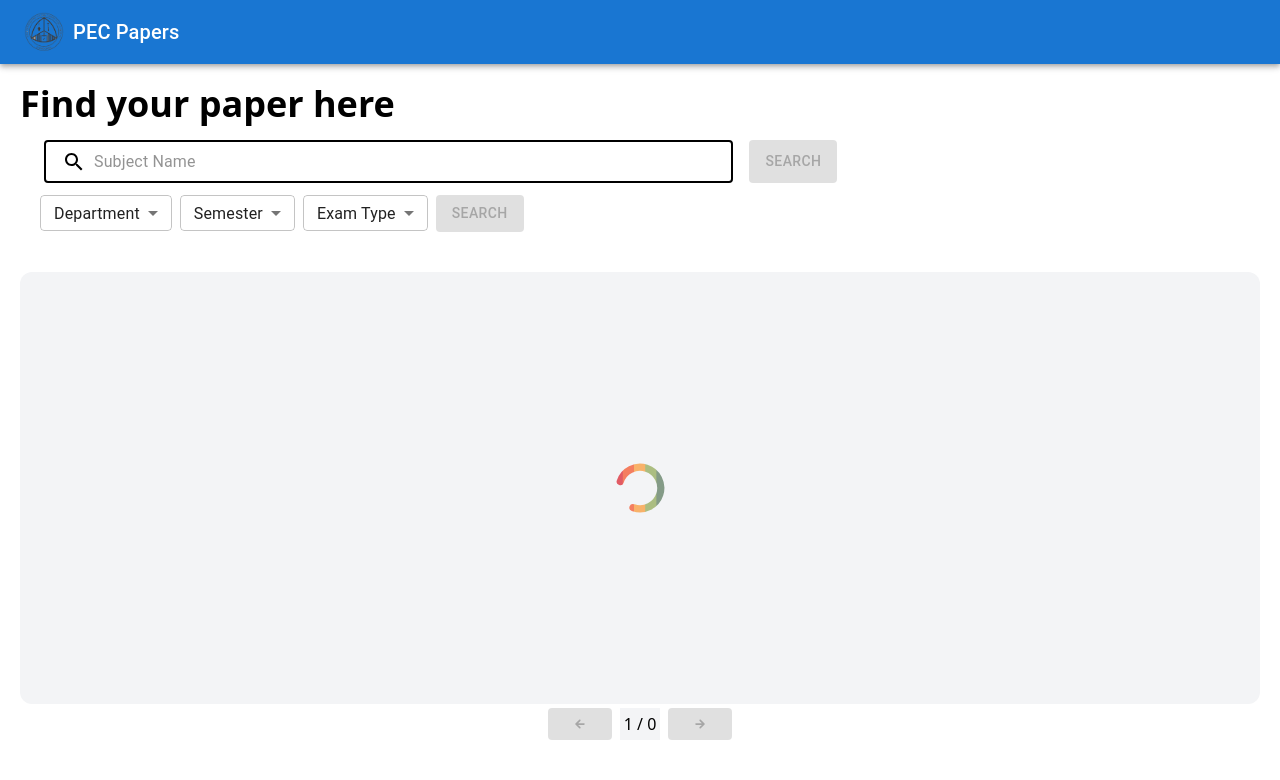
Repository: SUGAM-ARORA/pecpapers
Page: /browse (app in frontend/)
The author's editor kept a copy of each file at every save. The page is drawn from the files as they stood at one save, then again after the next save.
The browser window is 1280 px wide. The pictures show the whole page.
The page's requests for data from a server got no answer. The project was rebuilt for these pictures with package versions that can differ from the ones it lists, and the page was loaded fresh each time. Some packages were replaced by stand-ins written for this rebuild. No one was signed in, and anything a server would have sent is missing. Also part of the build but not shown: frontend/vite.config.js, frontend/src/Components/AnimatedText.jsx, frontend/src/Components/Hero.jsx, frontend/src/Components/Footer.jsx, frontend/src/Components/Login.jsx, frontend/src/Components/PaperDisplay.jsx, frontend/src/Components/ProtectedRoute.jsx.

Above is the page before, as saved 2025-07-17 19:44:18.

### frontend/index.html
<!doctype html>
<html lang="en">
  <head>
    <meta charset="UTF-8" />
    <link rel="icon" type="image/svg+xml" href="/index.png" />
    <link rel="preconnect" href="https://fonts.googleapis.com" />
    <link rel="preconnect" href="https://fonts.gstatic.com" crossorigin />
    <link
      href="https://fonts.googleapis.com/css2?family=IBM+Plex+Serif:ital,wght@0,100;0,200;0,300;0,400;0,500;0,600;0,700;1,100;1,200;1,300;1,400;1,500;1,600;1,700&display=swap"
      rel="stylesheet"
    />
    <meta name="viewport" content="width=device-width, initial-scale=1.0" />
    <title>Pec Papers</title>

    <meta name="description" content="Download and Upload PEC previous year papers for all departments. Filter by subject, semester, and exam type. Get easy access to Punjab Engineering College exam archives.">
    <meta property="og:url" content="https://pecpapers-ufo6.vercel.app/">
    <meta property="og:title" content="Punjab Engineering College(PEC) Exam Papers Archive" />

    <meta name="google-adsense-account" content="ca-pub-1903859543209030">
  </head>
  <!-- Google tag (gtag.js) -->
  <script
    async
    src="https://www.googletagmanager.com/gtag/js?id=G-3FZX3TV10G"
  ></script>
  <script>
    window.dataLayer = window.dataLayer || [];
    function gtag() {
      dataLayer.push(arguments);
    }
    gtag("js", new Date());

    gtag("config", "G-3FZX3TV10G");
  </script>
  <body>
    <div id="root"></div>
    <script type="module" src="/src/main.jsx"></script>
  </body>
</html>

### frontend/src/main.jsx
import { StrictMode } from 'react'
import { createRoot } from 'react-dom/client'
import './index.css'
import App from './App.jsx'
import {createBrowserRouter, Navigate, RouterProvider, useNavigate} from 'react-router-dom'
import Login from './Components/Login.jsx'
import { ClerkProvider } from '@clerk/clerk-react'
import Browse from './Pages/Browse.jsx'
import Hero from './Components/Hero.jsx'
import { AppProvider } from './context/AppContext.jsx'
import ProtectedRoute from './Components/ProtectedRoute.jsx'

const router = createBrowserRouter([
  {
    path : '/',
    element : <App/>,
    children: [{
      path : '/browse',
      element: <Browse/>
    },
    {
      // path : '/',
      index:true,
      element : <Hero/>
    }
  ]
  },
  {
    path: '/login',
    element : <Login/>
  },
  {
    path: '/sso-callback',
    element: <Navigate to="/" replace />
  }
])

const PUBLISHABLE_KEY = import.meta.env.VITE_CLERK_PUBLISHABLE_KEY

if (!PUBLISHABLE_KEY) {
  throw new Error('Missing Publishable Key')
}

createRoot(document.getElementById('root')).render(
  <StrictMode>
    <AppProvider>
    <ClerkProvider publishableKey={PUBLISHABLE_KEY} frontendApt="https://sweeping-bobcat-34.clerk.accounts.dev" >
    <RouterProvider router={router}/>
    </ClerkProvider>
    </AppProvider>
  </StrictMode>,
)

### frontend/src/App.jsx
import React, { useEffect } from 'react'
import Navbar from './Components/Navbar'
import Hero from './Components/Hero'
import FormDialog from './Components/FormDialog';
import { Outlet, useNavigate } from 'react-router-dom';
import { useUser } from '@clerk/clerk-react';
import Footer from './Components/Footer';

const App = () => {

  // const {user,isLoaded,isSignedIn} = useUser()
  // const navigate = useNavigate();
  // console.log(user)

  // useEffect(()=>{
  //   if(isLoaded && !isSignedIn){
  //     navigate('/login')
  //   }
  // },[isLoaded,isSignedIn])

  return (

    <div className='flex flex-col'>
      <div>
        <Navbar />
      </div>
      <Outlet />
      <div className='flex flex-col items-center mt-5'>
        <FormDialog />
      </div>
      <div>
        {/* <Footer/> */}
      </div>
    </div>
  )
}

export default App

### frontend/src/Pages/Browse.jsx
import React, { useEffect, useState } from 'react'
import SearchIcon from '@mui/icons-material/Search';
import { styled, alpha } from '@mui/material/styles';
import InputBase from '@mui/material/InputBase';
import { Button, FormControl, Select, MenuItem } from '@mui/material';
import { departments, examType } from '../utils/constants';
import axios from 'axios';
import PaperDisplay from '../Components/PaperDisplay';
import { useUser } from '@clerk/clerk-react';
import { ColorRing } from 'react-loader-spinner'
import { IoMdArrowRoundBack } from "react-icons/io";
import { IoMdArrowRoundForward } from "react-icons/io";


const Search = styled('div')(({ theme }) => ({
  position: 'relative',
  borderRadius: theme.shape.borderRadius,
  backgroundColor: alpha(theme.palette.common.white, 0.15),
  '&:hover': {
    backgroundColor: alpha(theme.palette.common.white, 0.25),
  },
  marginRight: theme.spacing(2),
  marginLeft: 0,
  width: '100%',
  [theme.breakpoints.up('sm')]: {
    marginLeft: theme.spacing(3),
    width: 'auto',
  },
  border: 5,
  borderColor: 'black'
}));

const SearchIconWrapper = styled('div')(({ theme }) => ({
  padding: theme.spacing(0, 2),
  height: '100%',
  position: 'absolute',
  pointerEvents: 'none',
  display: 'flex',
  alignItems: 'center',
  justifyContent: 'center',
  border: 5,
  borderColor: 'black'
}));

const StyledInputBase = styled(InputBase)(({ theme }) => ({
  color: 'inherit',
  '& .MuiInputBase-input': {
    padding: theme.spacing(1, 1, 1, 0),
    // vertical padding + font size from searchIcon
    paddingLeft: `calc(1em + ${theme.spacing(4)})`,
    transition: theme.transitions.create('width'),
    width: '100%',
    [theme.breakpoints.up('md')]: {
      width: '70ch',
    },
    border: 5,
    borderColor: 'black'
  },
}));

const Browse = () => {

  const { isSignedIn } = useUser()
  const [loading, setLoading] = useState(false)

  const [searchValue, setSearchValue] = useState('');
  const semesters = [1, 2, 3, 4, 5, 6, 7, 8]
  const [department, setDepartment] = React.useState('')
  const [exam, setExam] = React.useState('')
  const [sem, setSem] = React.useState('')

  const [papersToDisplay, setPapersToDisplay] = useState(null);
  const [papersFetched, setPapersFetched] = useState(null);

  const [totalPapers, setTotalPapers] = useState(null)
  const [skip,setskip] = useState(0);

  const BACKEND_URL = import.meta.env.VITE_BACKEND_URL

  // const getAllPapers = async () => {
  //   setLoading(true)
  //   const response = await axios.get(`${BACKEND_URL}/getallpapers/`)
  //   setPapersFetched(response.data);
  //   // console.log(response.data)
  //   setLoading(false)
  //   return { data: response.data }
  // }

  const getConnectionStatus = async () => {
    setLoading(true)
    const response = await axios.get(`${BACKEND_URL}/healthz/`)
    setLoading(false)
    console.log(response.data)
    return response.data;
  }

  const handleNext = async ()=>{
    const newskip = skip+10
    setskip(newskip)
    await getFilteredPapers()
  }

  const getFilteredPapers = async () => {
    try {
      setLoading(true)

      const response = await axios.get(`${BACKEND_URL}/papersOnFilterOrSearch?subjectName=${searchValue}&semester=${sem}&department=${department}&examType=${exam}&skip=${skip}`)

      setPapersFetched(response.data.data)
      setPapersToDisplay(response.data.data)
      setTotalPapers(response.data.total)

      setLoading(false)
    } catch (error) {
      setLoading(false)
      console.log(error)
    }
  }

  useEffect(() => {

    try {
      // if(isSignedIn){
      //   getAllPapers()
      // }
      // getAllPapers()
      getConnectionStatus()
    } catch (error) {
      console.log(error)
    }
  }, [BACKEND_URL, isSignedIn])

  // const handleSearch = async () => {
  //   if (!papersFetched) {
  //     //api calling


  //   } else {
  //     // actions on papersfetched
  //     setLoading(true)
  //     const filter = papersFetched.filter(paper =>
  //       paper.subjectName.toLowerCase().includes(searchValue.toLowerCase()) ||
  //       paper.department.toLowerCase().includes(searchValue.toLowerCase()) ||
  //       paper.examType.toLowerCase().includes(searchValue.toLowerCase()) ||
  //       paper.semester.toLowerCase().includes(searchValue.toLowerCase())
  //     )
  //     setPapersToDisplay(filter)
  //     setLoading(false)
  //     // console.log(filter)
  //     return;
  //   }

  // }

  // const handleFilter = async () => {
  //   if (!papersFetched) {
  //     //api calling
  //   } else {
  //     // actions on papers fetched

  //     setLoading(true)
  //     const filter = papersFetched.filter(paper =>
  //       paper.department.toLowerCase().includes(department.toLowerCase()) &&
  //       paper.examType.toLowerCase().includes(exam.toLowerCase()) &&
  //       paper.semester.includes(sem)
  //     )
  //     setPapersToDisplay(filter)
  //     setLoading(false)
  //     // console.log(filter)
  //     return
  //   }
  // }

  return (
    <div className='flex flex-col m-5'>
      <span className='text-4xl font-semibold'>Find your paper here</span>

      <div id='search' className='flex flex-row mt-4 '>
        <Search sx={{
          border: 2,
          borderColor: 'black',
        }}
        >
          <SearchIconWrapper>
            <SearchIcon />
          </SearchIconWrapper>
          <StyledInputBase
            placeholder="Subject Name"
            inputProps={{ 'aria-label': 'search' }}
            value={searchValue}
            onChange={(e) => setSearchValue(e.target.value)}
          />
        </Search>
        <Button variant='contained' onClick={getFilteredPapers} disabled={loading}>Search</Button>
      </div>

      <form id='filters' className=' mt-3 flex flex-row gap-2 ml-5' onSubmit={getFilteredPapers}>
        <FormControl>
          <Select
            labelId="department"
            aria-placeholder='Department'
            id="department"
            value={department}
            onChange={(e) => setDepartment(e.target.value)}
            sx={{
              width: 'vh',
              height: '5vh',
              overflow: 'scroll'
            }}
            placeholder='Department'
            displayEmpty
          >
            <MenuItem value="" disabled>
              Department
            </MenuItem>
            {departments.map((department) => <MenuItem value={department.dept}>{department.dept}</MenuItem>)}
          </Select>
        </FormControl>

        <FormControl>
          <Select
            labelId="semester"
            aria-placeholder='Semester'
            id="semester"
            value={sem}
            onChange={(e) => setSem(e.target.value)}
            sx={{
              width: 'vh',
              height: '5vh',
              overflow: 'scroll'
            }}
            placeholder='Semester'
            displayEmpty
          >
            <MenuItem value="" disabled>
              Semester
            </MenuItem>
            {semesters.map((semester) => <MenuItem value={semester}>{semester}</MenuItem>)}
          </Select>

        </FormControl>

        <FormControl>
          <Select
            labelId="examType"
            aria-placeholder='Exam-Type'
            id="examType"
            value={exam}
            onChange={(e) => setExam(e.target.value)}
            sx={{
              width: 'vh',
              height: '5vh',
              overflow: 'scroll'
            }}
            placeholder='Exam Type'
            displayEmpty
          >
            <MenuItem value="" disabled>
              Exam Type
            </MenuItem>
            {examType.map((exam, index) => <MenuItem value={exam.type} key={index}>{exam.type}</MenuItem>)}
          </Select>
        </FormControl>

        <Button variant='contained' onClick={getFilteredPapers} disabled={loading}>Search</Button>
      </form>


      <div className='mt-10 rounded-xl p-2 bg-gray-100 h-[60vh] overflow-scroll'>
        {loading ? <div className='h-full flex flex-col justify-center items-center'>
          <ColorRing
            visible={true}
            width="100"
            colors={['#e15b64', '#f47e60', '#f8b26a', '#abbd81', '#849b87']}
            ariaLabel="infinity-spin-loading" />
        </div> : <></>}
        <div className={`${loading ? 'hidden' : ''}`}>
          {papersToDisplay ? <div className='flex flex-col gap-2'>
            {papersToDisplay.map((paper) => <PaperDisplay paper={paper} key={paper.id} />)}
          </div> : <span className='text-gray-400 text-5xl'>Papers displayed here</span>}
        </div>

      </div>
      <div className=' w-full mt-1 flex items-center justify-center'>
        <div className='flex flex-row gap-2'>
          <Button variant='contained' onClick={getFilteredPapers} disabled={loading}>
            <IoMdArrowRoundBack />
          </Button>
          <span className=' bg-gray-100 p-1'>
            <span>{Math.floor(skip/10)+1} /  </span>
            <span>{Math.ceil(totalPapers/10)}</span>
          </span>
          <Button variant='contained' onClick={handleNext} disabled={loading}>
            <IoMdArrowRoundForward />
          </Button>
        </div>
      </div>
    </div>
  )
}

export default Browse

### frontend/src/context/AppContext.jsx
import { createContext, useState } from "react";

export const AppContext = createContext();

export const AppProvider = ({ children }) => {
  const [open, setOpen] = useState(false); // Example: global user state

  return (
    <AppContext.Provider value={{ open, setOpen }}>
      {children}
    </AppContext.Provider>
  );
};

### frontend/src/Components/Navbar.jsx
import * as React from 'react';
import AppBar from '@mui/material/AppBar';
import Box from '@mui/material/Box';
import Toolbar from '@mui/material/Toolbar';
import IconButton from '@mui/material/IconButton';
import Typography from '@mui/material/Typography';
import InputBase from '@mui/material/InputBase';
import Badge from '@mui/material/Badge';
import MenuItem from '@mui/material/MenuItem';
import Menu from '@mui/material/Menu';
import AccountCircle from '@mui/icons-material/AccountCircle';
import MailIcon from '@mui/icons-material/Mail';
import NotificationsIcon from '@mui/icons-material/Notifications';
import MoreIcon from '@mui/icons-material/MoreVert';
import logo from '../assets/image.png'
import { UserButton } from '@clerk/clerk-react';
import { useNavigate } from 'react-router-dom';


export default function Navbar() {
  // const [anchorEl, setAnchorEl] = React.useState(null)
  // const [mobileMoreAnchorEl, setMobileMoreAnchorEl] = React.useState(null)
  const navigate = useNavigate();


  const handleHomepageNavigation = async ()=>{
    navigate('/')
  }


  return (
    <Box sx={{ flexGrow: 1 }}>
      <AppBar position="static">
        <Toolbar>
          <img src={logo} alt='pec logo' className='h-10 w-10' onClick={handleHomepageNavigation}/>
          <Typography
            variant="h6"
            noWrap
            component="div"
            sx={{ display: { xs: 'none', sm: 'block',marginLeft:'9px' } }}
            onClick={handleHomepageNavigation}
          >
            PEC Papers
          </Typography>

          <Box sx={{ flexGrow: 1 }} />
          <Box sx={{ display: { xs: 'none', md: 'flex' } }}>

            <UserButton/>
          </Box>
          <Box sx={{ display: { xs: 'flex', md: 'none' } }}>

             <UserButton/>

          </Box>
        </Toolbar>
      </AppBar>

    </Box>
  );
}

### frontend/src/Components/FormDialog.jsx
import * as React from 'react';
import Button from '@mui/material/Button';
import TextField from '@mui/material/TextField';
import Dialog from '@mui/material/Dialog';
import DialogActions from '@mui/material/DialogActions';
import { FormControl, Typography, InputLabel, Select, MenuItem } from '@mui/material';
import { departments, examType } from '../utils/constants';
import axios from 'axios'
import { InfinitySpin } from 'react-loader-spinner'
import { AppContext } from '../context/AppContext';
import Toast from './Toast';

export default function FormDialog() {
  const { open, setOpen } = React.useContext(AppContext)
  const [loading, setLoading] = React.useState(false)
  const [files, setFiles] = React.useState('')

  const semesters = [1, 2, 3, 4, 5, 6, 7, 8]

  const [department, setDepartment] = React.useState('')
  const [exam, setExam] = React.useState('')
  const [sem, setSem] = React.useState('')

  const CLOUDINARY_URL = import.meta.env.VITE_APP_CLOUDINARY_URL
  const UPLOAD_PRESET = import.meta.env.VITE_APP_UPLOAD_PRESET
  const CLOUD_NAME = import.meta.env.VITE_APP_CLOUD_NAME
  const BACKEND_URL = import.meta.env.VITE_BACKEND_URL

  const [opentoast, setOpenToast] = React.useState(false)

  const handleFileChange = (e) => {
    const filename = e.target.files;
    if (filename) {
      setFiles(filename)
    }
  }

  const uploadImages = async (files) => {
    const uploadPromises = Array.from(files).map(file => {
      const formData = new FormData();
      formData.append("file", file);
      formData.append("upload_preset", UPLOAD_PRESET);
      formData.append("cloud_name", CLOUD_NAME);
      return axios.post(CLOUDINARY_URL, formData);
    });

    try {
      const responses = await Promise.all(uploadPromises);
      const urlList = responses.map(res => res.data.secure_url);
      console.log(urlList.length + " images uploaded");
      return urlList;
    }
    catch (error) {
      console.error("Cloudinary image uploads failed:", error);
      throw error;
    }
  };

  const uploadPaperDetails = async(e, urlList) => {
    try {
      const paperDetails = {
        department: e.target[0].value,
        cloudUrl: urlList,
        examType: e.target[2].value,
        semester: e.target[4].value,
        subjectName: e.target[6].value,
        comments: e.target[9].value
      }

      const dataRes = await axios.post(`${BACKEND_URL}/upload-paper/`, { data: paperDetails })
      console.log("Paper details uploaded successfully");
    }
    catch (error) {
      console.error("Paper details upload failed", error);
    }
  }

  const handleSubmit = async (e) => {
    e.preventDefault();
    setLoading(true)

    const urlList = await uploadImages(files);
    await uploadPaperDetails(e, urlList);

    e.target.reset()
    setDepartment('')
    setExam('')
    setSem('')
    setLoading(false)
    setOpen(false)
    setOpenToast(true)
  }

  const handleClose = () => {
    setOpen(false);
  };

  const handleUpload = async () => {

  }

  return (
    <>
      <Dialog
        open={open}
        onClose={handleClose}
      >
        <form className='flex flex-col gap-5 m-5 ' onSubmit={handleSubmit}>
          <FormControl>
            <Typography fontSize={25} >Upload a Paper</Typography>
            <div >
              <Typography>Department</Typography>
              <Select
                required="true"
                labelId="department"
                aria-placeholder='Department'
                id="department"
                value={department}
                onChange={(e) => setDepartment(e.target.value)}
                sx={{
                  width: '50vh',
                  height: '5vh',
                  overflow: 'scroll'
                }}
              >
                {departments.map((department) => <MenuItem value={department.dept}>{department.dept}</MenuItem>)}
              </Select>
            </div>
          </FormControl>

          <FormControl>
            <div>
              <Typography>Exam Type</Typography>
              <Select
                required="true"
                labelId="Exam-type"
                aria-placeholder='Exam Type'
                id="exam-type"
                sx={{
                  width: '50vh',
                  height: '5vh',
                  overflow: 'scroll'
                }}
                value={exam}
                onChange={(e) => setExam(e.target.value)}
              >
                {examType.map((type) => <MenuItem value={type.type}>{type.type}</MenuItem>)}
              </Select>
            </div>
          </FormControl>

          <FormControl>
            <div>
              <Typography>Semester</Typography>
              <Select
                required="true"
                labelId="Semester"
                aria-placeholder='Semester'
                id="exam-type"
                sx={{
                  width: '50vh',
                  height: '5vh',
                  overflow: 'scroll'
                }}
                value={sem}
                onChange={(e) => setSem(e.target.value)}
              >
                {semesters.map((sem) => <MenuItem value={sem}>{sem}</MenuItem>)}
              </Select>
            </div>
          </FormControl>

          <FormControl>
            <div>
              <Typography>Subject Name</Typography>
              <TextField
                sx={{ width: '50vh', height: '5vh' }}
                required="true"
              >
              </TextField>
            </div>
          </FormControl>

          <FormControl>
            <div>
              <Typography>Upload Paper <span className='text-xs'>(only img format e.g. jpg,png,jpeg etc.)</span></Typography>
              <input
                accept='image/*'
                id='upload-image'
                type='file'
                multiple='true'
                onChange={handleFileChange}
                required="true"
              />
            </div>
          </FormControl>
          <FormControl>
            <div>
              <Typography>Review or Comments</Typography>
              <TextField sx={{
                width: '50vh',
                height: '5vh'
              }}></TextField>
            </div>
          </FormControl>
          {loading && <InfinitySpin
            visible={true}
            width="100"
            color="#4fa94d"
            ariaLabel="infinity-spin-loading" />}

          <DialogActions>
            <Button onClick={handleClose}>Cancel</Button>
            <Button type="submit" variant='contained' onClick={handleUpload}>Upload</Button>
          </DialogActions>
        </form>
      </Dialog>
      <Toast opentoast={opentoast} setOpenToast={setOpenToast} message="Paper Upload" />
    </>
  );
}

### frontend/src/utils/constants.js
export const departments = [
    // ece:
    {
        'dept' : 'ECE'
    },
    // cse:
    {
        'dept' : 'CSE'
    },
    // ee:
    {
        'dept': 'EE'
    },
    // ds:
    {
        'dept' : 'CSE-DS'
    },
    // ai:
    {
        'dept' : 'CSE-AI'
    },
    // mech:
    {
        'dept' : 'MECH'
    },
    // civil:
    {
        'dept' : 'CIVIL'
    },
    // aero:
    {
        'dept': 'AERO'
    },
    // meta:
    {
        'dept' : 'META'
    },
    // prod:
    {
        'dept' : 'PROD'
    },
    // hsm:
    {
        'dept' : 'HSM'
    },
    // physics:
    {
        'dept' : 'PHYSICS'
    },
    // maths:
    {
        'dept' : "MATHS"
    },
    // chem:
    {
        'dept' : 'CHEMISTRY'
    },
    // bdes:
    {
        'dept' : 'B-DES'
    }
]

export const examType = [
    {
        'type' : 'MID-SEM'
    },
    {
        'type' : 'END-SEM'
    }
]

### frontend/src/Components/Toast.jsx
import * as React from 'react';
import Button from '@mui/material/Button';
import Snackbar from '@mui/material/Snackbar';
import IconButton from '@mui/material/IconButton';
import CloseIcon from '@mui/icons-material/Close';

export default function Toast({message,openToast,setOpenToast}) {
//   const [open, setOpen] = React.useState(false);



  const handleClose = (
    event,
    reason,
  ) => {
    if (reason === 'clickaway') {
      return;
    }

    setOpenToast(false);
  };

  const action = (
    <React.Fragment>
      <IconButton
        size="small"
        aria-label="close"
        color="inherit"
        onClick={handleClose}
      >
        <CloseIcon fontSize="small" />
      </IconButton>
    </React.Fragment>
  );

  return (
    <div>

      <Snackbar
        open={openToast}
        autoHideDuration={6000}
        onClose={handleClose}
        message={message}
        action={action}
      />
    </div>
  );
}

Loaded but not shown: frontend/src/index.css (common file); frontend/tailwind.config.js (common file)

After the next save:
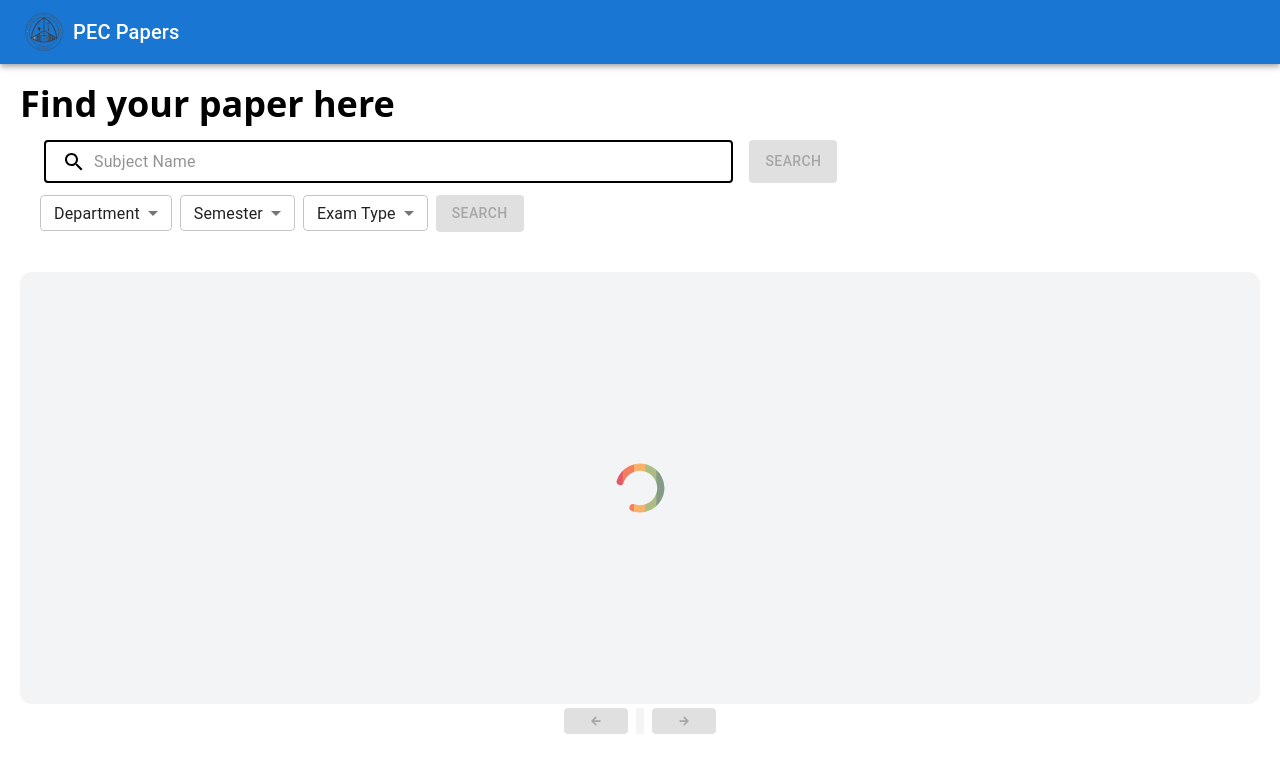
Saved 40 s later.
--- a/frontend/src/Pages/Browse.jsx
+++ b/frontend/src/Pages/Browse.jsx
@@ -287,8 +287,7 @@ const Browse = () => {
             <IoMdArrowRoundBack />
           </Button>
           <span className=' bg-gray-100 p-1'>
-            <span>{Math.floor(skip/10)+1} /  </span>
-            <span>{Math.ceil(totalPapers/10)}</span>
+
           </span>
           <Button variant='contained' onClick={handleNext} disabled={loading}>
             <IoMdArrowRoundForward />
